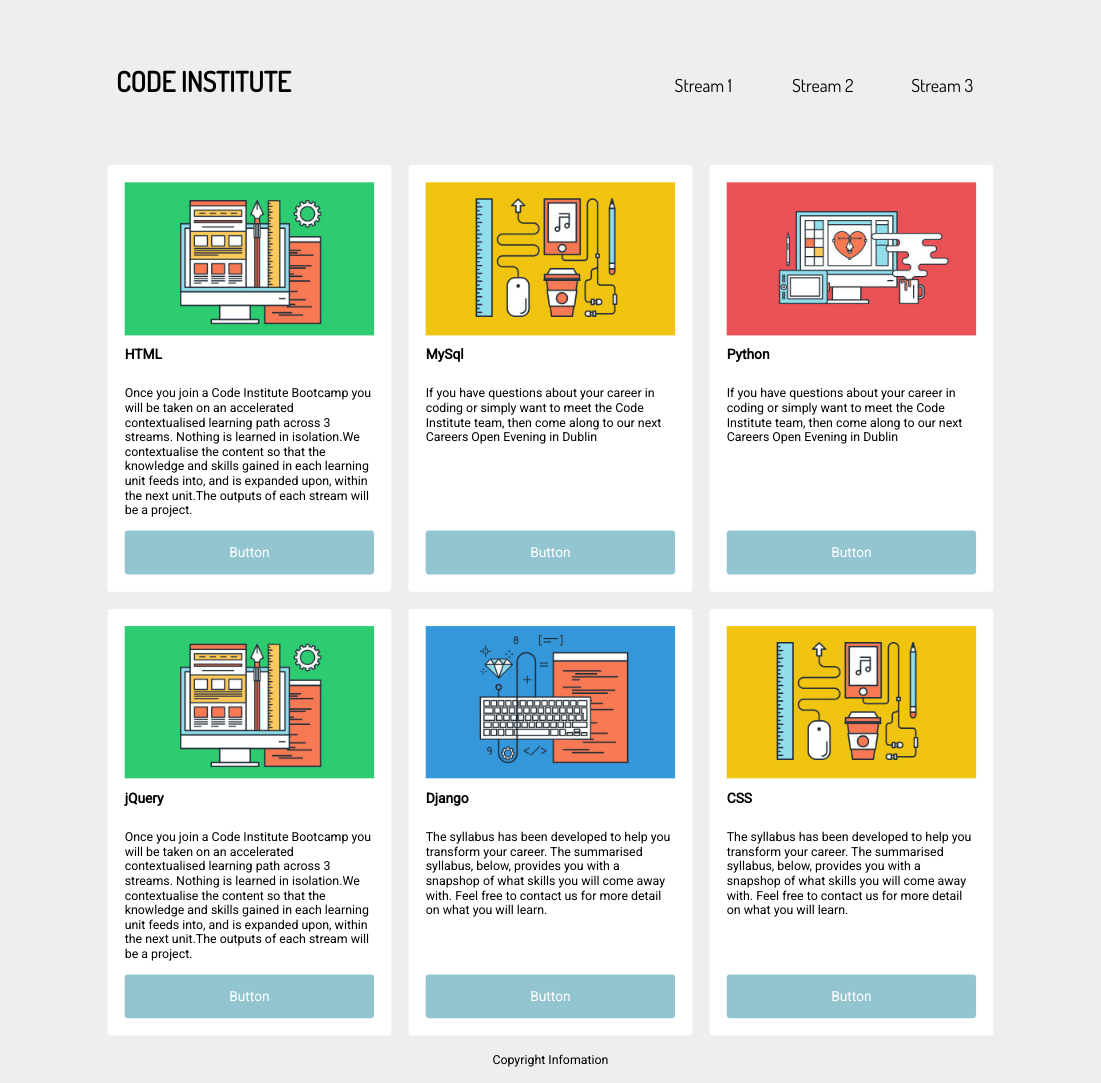
Repository: Kim-Antao/events
Page: Cards-jquery.html
The author's editor kept a record of every edit. The page is drawn from the files as they stood at one moment, then again after the next edit.
The browser window is 1280 px wide. The pictures show the whole page, at 86% of full size.
Some web libraries are served in a nearby version.

Above is the page before.

### Cards-jquery.html
<!DOCTYPE html>
<html lang="en">
<head>
	<meta charset="UTF-8">
	<meta name="viewport" content="width=device-width, initial-scale=1">
	<title>jQuery</title>
	<link href="style.css" rel="stylesheet">
	<link href='https://fonts.googleapis.com/css?family=Roboto' rel='stylesheet' type='text/css'>
	<link href='https://fonts.googleapis.com/css?family=Dosis' rel='stylesheet' type='text/css'>
</head>
<body>
	<div id="container">
		<nav>
			<ul>
				<li id="logoNav">CODE INSTITUTE</li>
				<li id="stream1_btn">Stream 1</li>
				<li id="stream2_btn">Stream 2</li>
				<li id="stream3_btn">Stream 3</li>
			</ul>
		</nav>
		<div class="card stream1">
			<img class="card_image" src="img/3.png" alt="coding icon">
			<div class="card_bottom">
				<h2 class="card_head">HTML</h2>
				<p class="card_para">Once you join a Code Institute Bootcamp you will be taken on an accelerated contextualised learning path across 3 streams. Nothing is learned in isolation.We contextualise the content so that the knowledge and skills gained in each learning unit feeds into, and is expanded upon, within the next unit.The outputs of each stream will be a project. </p>
				<a href="" class="bottom_button">Button</a>
			</div>
		</div>
		<div class="card stream3">
			<img class="card_image" src="img/1.png" alt="coding icon">
			<h2 class="card_head">MySql</h2>
			<p class="card_para">If you have questions about your career in coding or simply want to meet the Code Institute team, then come along to our next Careers Open Evening in Dublin</p>
			<a href="" class="bottom_button">Button</a>
		</div>

		<div class="card stream2">
			<img class="card_image" src="img/2.png" alt="coding icon">
			<h2 class="card_head">Python</h2>
			<p class="card_para">If you have questions about your career in coding or simply want to meet the Code Institute team, then come along to our next Careers Open Evening in Dublin</p>
			<a href="" class="bottom_button">Button</a>
		</div>
		<div class="card stream1">
			<img class="card_image" src="img/3.png" alt="coding icon">
			<div class="card_bottom">
				<h2 class="card_head">jQuery</h2>
				<p class="card_para">Once you join a Code Institute Bootcamp you will be taken on an accelerated contextualised learning path across 3 streams. Nothing is learned in isolation.We contextualise the content so that the knowledge and skills gained in each learning unit feeds into, and is expanded upon, within the next unit.The outputs of each stream will be a project. </p>
				<a href="" class="bottom_button">Button</a>
			</div>
		</div>
		<div class="card stream3">
			<img class="card_image" src="img/4.png" alt="coding icon">
			<h2 class="card_head">Django</h2>
			<p class="card_para">The syllabus has been developed to help you transform your career. The summarised syllabus, below, provides you with a snapshop of what skills you will come away with. Feel free to contact us for more detail on what you will learn.</p>
			<a href="" class="bottom_button">Button</a>
		</div>
		<div class="card stream1">
			<img class="card_image" src="img/1.png" alt="coding icon">
			<h2 class="card_head">CSS</h2>
			<p class="card_para">The syllabus has been developed to help you transform your career. The summarised syllabus, below, provides you with a snapshop of what skills you will come away with. Feel free to contact us for more detail on what you will learn.</p>
			<a href="" class="bottom_button">Button</a>
		</div>
		<div id="my_footer">
			<p id="copyright">Copyright Infomation</p>
		</div>
	</div>
	<script src="https://code.jquery.com/jquery-3.2.1.js" integrity="sha256-DZAnKJ/6XZ9si04Hgrsxu/8s717jcIzLy3oi35EouyE=" crossorigin="anonymous"></script>
	<script src="script.js"></script> <!-- Scripts located at the bottom of the body to insure page is fully loaded before execution -->

</body>
</html>

### style.css
body{
	font-family: 'Roboto', sans-serif;
	/*background-image: url(img/code-institute.jpg);
 	background-size: cover;
 	color: #ffffff;*/
 	background-color: #eee;
}

h1{
	font-size: 3em;
	text-align: center;
}
h2{
	font-size: 1em;
	text-align: left;
}
p{
	font-size: .9rem;
}

div{
	border-radius: 4px;
}

.card_image{
	width: 100%;
}
.bottom_button{
	display: flex;
	box-sizing:border-box;
	border-radius: 4px;
	display: block;
	width: 100%;
	background-color:rgba(129, 187, 201,.85);
	text-align: center;
	padding: 1em .75em;
	text-decoration: none;
	color: #fff;

}

.card_bottom{
	display: flex;
	flex-flow:column;
}
.card_head{
	flex:0;
}
.card_para{
	flex:1 0 auto;
}

#container
{
	display: flex;		/* makes container a flexbox*/
	flex-flow: row wrap; 	/* layout the boxes in rows and wrap them*/
	box-sizing:border-box;
	margin-right:auto;
	margin-left:auto;
	max-width:1050px;
}
#logo{
	width: 800px;
	margin: auto;
}

.card{
	flex:1; /* */
	display: flex;	/* make the contents controllable by flexbox*/
	flex-flow:column;	/* */
	min-width: 240px; /**/
	margin: 10px;
	padding: 20px;
	background-color: #fff;
}
.highlight_stream{
	background-color: #EB5255;
}

#my_footer{
	width:100%;
	text-align: center;
}
#copyright{
	margin-top:10px;
	margin-bottom:10px;

}

/*************************
Navigation

**************************/

nav{
	font-family: roboto;
	background-color: #eee;
	margin: 30px auto;
	width: 100%;
}
ul{
	display: flex;
	justify-content:space-between;
	flex-flow: row;
	/*flex-flow: row-reverse;*/
	/*justify-content:flex-end;*/
	/*justify-content:space-around;*/
	/*align-items:flex-start;*/
	align-items:baseline;
	border-radius: 10px;
	list-style-type: none; /*Remove Bullets*/
	padding: 0;
}
li{
	flex:1;
	height: 30px;
	/*width:10%;*/
	/*border:2px solid #000;*/
	/*background-color: #81BBC9;*/
	/*border-radius: 10px;*/
	font-family: Dosis;
	padding:20px 20px 20px 20px;
	text-align: center;
	font-size: 1.3em;
}

#logoNav{
	flex:6;
	text-align: left;
	font-size: 2em;
	font-weight: bold;
}

.underline{
  text-decoration:underline;
}
.border{
  border: solid 5px #ccc;
}


@media screen and (max-width: 700px){
	ul{
		flex-flow: column;
		align-items:center;
	}
	li{
		font-size: 2em;
	}
}

.bg-red{
	background-color: red;
}

### script.js
$(document).ready(function() {


	$("#first_button").click(function() {
		$('#first_button').hide(400);
	});

	$("#stream1_btn").on("click", function() {
		$(".stream1").removeClass('highlight_stream');
		$(".stream2").removeClass('highlight_stream');
		$(".stream3").removeClass('highlight_stream');
		$(".stream1").addClass('highlight_stream');
	});
	$("#stream2_btn").on("click", function() {
		$(".stream1").removeClass('highlight_stream');
		$(".stream2").removeClass('highlight_stream');
		$(".stream3").removeClass('highlight_stream');
		$(".stream2").addClass('highlight_stream');
	});
	$("#stream3_btn").on("click", function() {
		$(".stream1").removeClass('highlight_stream');
		$(".stream2").removeClass('highlight_stream');
		$(".stream3").removeClass('highlight_stream');
		$(".stream3").addClass('highlight_stream');
	});

	$("h2").hover(function() {
		$("h2").addClass('light-blue');
	});
	$("p").on("click", function() {
		$("p").addClass("bg-red");
	});
	$("h2").mouseover(function() {


	});
	$(".bottom_button").mouseenter(function() {
		$("body").addClass('bg-black');
	});
	$(".bottom_button").mouseleave(function() {
		$("body").removeClass('bg-black');
	});
	$("#second_button").click(function(){
			$("#p2").toggle();
	});
	$("#third_button").click(function(){
		$("#p3").slideToggle('slow');
	})
	$("#fourth_button").mouseenter(function(){
		$("#fourth_button").fadeTo('50%');
	});
		$("#fourth_button").mouseleave(function(){
		$("#fourth_button").fadeTo('100%');
	});
});

After the next edit:
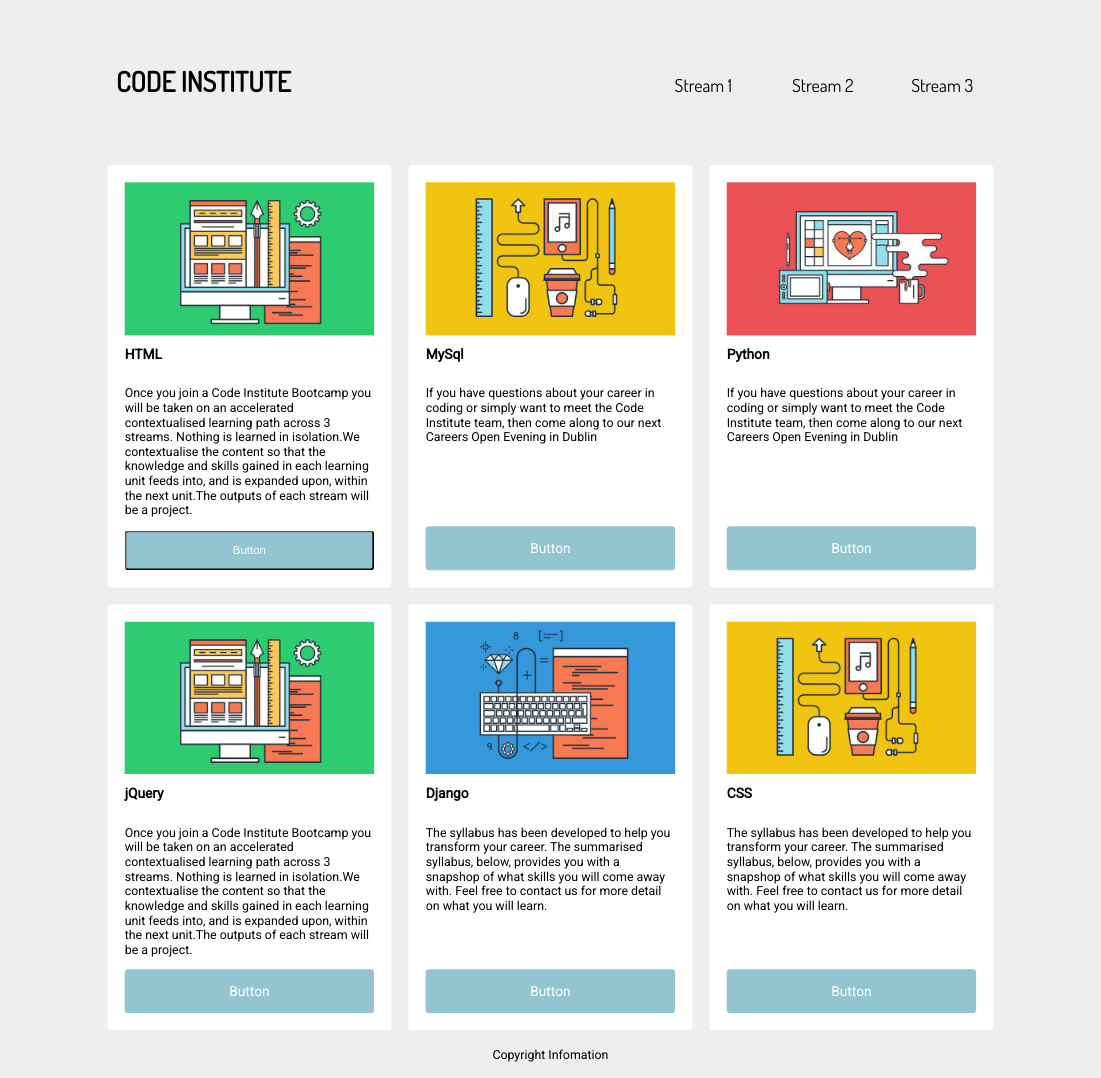
The edit:
--- a/Cards-jquery.html
+++ b/Cards-jquery.html
@@ -23,7 +23,7 @@
 			<div class="card_bottom">
 				<h2 class="card_head">HTML</h2>
 				<p class="card_para">Once you join a Code Institute Bootcamp you will be taken on an accelerated contextualised learning path across 3 streams. Nothing is learned in isolation.We contextualise the content so that the knowledge and skills gained in each learning unit feeds into, and is expanded upon, within the next unit.The outputs of each stream will be a project. </p>
-				<a href="" class="bottom_button">Button</a>
+				<button class="bottom_button">Button</button>
 			</div>
 		</div>
 		<div class="card stream3">
